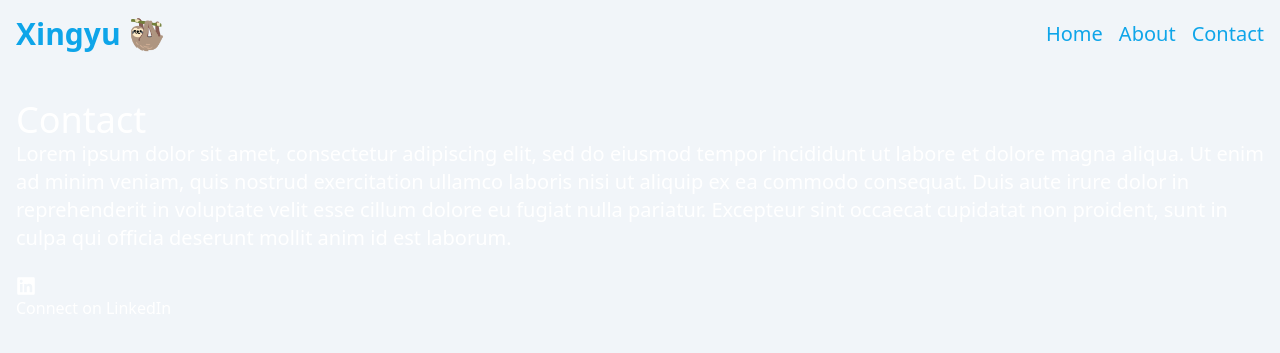
Repository: therealcyberlord/personal-portfolio
Page: /contact
An editor plug-in stored every save of this project. The page is shown before and after the next save, followed by the edit.
The browser window is 1280 px wide. The pictures show the whole page.
The project was rebuilt for these pictures with package versions that can differ from the ones it lists, and the page was loaded fresh each time. Also part of the build but not shown: vite.config.ts, src/components/Profile.tsx, src/pages/Home.tsx, src/pages/About.tsx.

Above is the page before, as saved 2023-07-24 21:14:29.

### src/App.tsx
import { BrowserRouter as Router, Routes, Route } from "react-router-dom";
import Home from "./pages/Home";
import About from "./pages/About";
import Contact from "./pages/Contact";
import Navbar from "./components/Nav";

function App() {
  return (
    <div className="w-screen h-screen bg-slate-100 dark:bg-slate-800">
      <Router>
        <Navbar />
        <Routes>
          <Route path="/" element={<Home />} />
          <Route path="/about" element={<About />} />
          <Route path="/contact" element={<Contact />} />
        </Routes>
      </Router>
    </div>
  );
}

export default App;

### src/pages/Contact.tsx
import { FaLinkedin } from "react-icons/fa"; // Import the LinkedIn icon from the react-icons library.

const Contact = () => {
  return (
    <div className="px-4 py-8">
      <h1 className="text-white text-4xl font-medium">Contact</h1>
      <p className="text-white text-xl">
        Lorem ipsum dolor sit amet, consectetur adipiscing elit, sed do eiusmod
        tempor incididunt ut labore et dolore magna aliqua. Ut enim ad minim
        veniam, quis nostrud exercitation ullamco laboris nisi ut aliquip ex ea
        commodo consequat. Duis aute irure dolor in reprehenderit in voluptate
        velit esse cillum dolore eu fugiat nulla pariatur. Excepteur sint
        occaecat cupidatat non proident, sunt in culpa qui officia deserunt
        mollit anim id est laborum.
      </p>
      <a
        href="https://www.linkedin.com/in/xingyu-bian-1734bb134/"
        target="_blank" // Open the link in a new tab/window.
        rel="noopener noreferrer" // Recommended for security reasons.
        className=" text-white py-2 px-4 rounded-md"
      >
        <FaLinkedin size={20} className="mr-2" />
        Connect on LinkedIn
      </a>
    </div>
  );
};

export default Contact;

### src/components/Nav.tsx
import { Link } from "react-router-dom";

const Navbar = () => {
  return (
    <nav className="p-4">
      <div className="flex justify-between items-center">
        <div className="text-sky-500 dark:text-sky-400 font-bold text-3xl">
          Xingyu 🦥
        </div>
        <ul className="flex space-x-4">
          <li>
            <Link
              to="/"
              className="text-sky-500 text-xl dark:text-sky-400 hover:text-blue-200 dark:hover:text-blue-200 transition duration-300"
            >
              Home
            </Link>
          </li>
          <li>
            <Link
              to="/about"
              className="text-sky-500 text-xl dark:text-sky-400 hover:text-blue-200 dark:hover:text-blue-200 transition duration-300"
            >
              About
            </Link>
          </li>
          <li>
            <Link
              to="/contact"
              className="text-sky-500 text-xl dark:text-sky-400 hover:text-blue-200 dark:hover:text-blue-200 transition duration-300"
            >
              Contact
            </Link>
          </li>
        </ul>
      </div>
    </nav>
  );
};

export default Navbar;

### tailwind.config.js
/** @type {import('tailwindcss').Config} */

export default {
  content: ["./index.html", "./src/**/*.{js,ts,jsx,tsx}"],
  theme: {
    extend: {
      colors: {
        primary: "#202225",
        secondary: "#5865f2",
      },
    },
  },
  plugins: [],
};

Loaded but not shown: src/main.tsx (common file); src/index.css (common file)

After the next save:
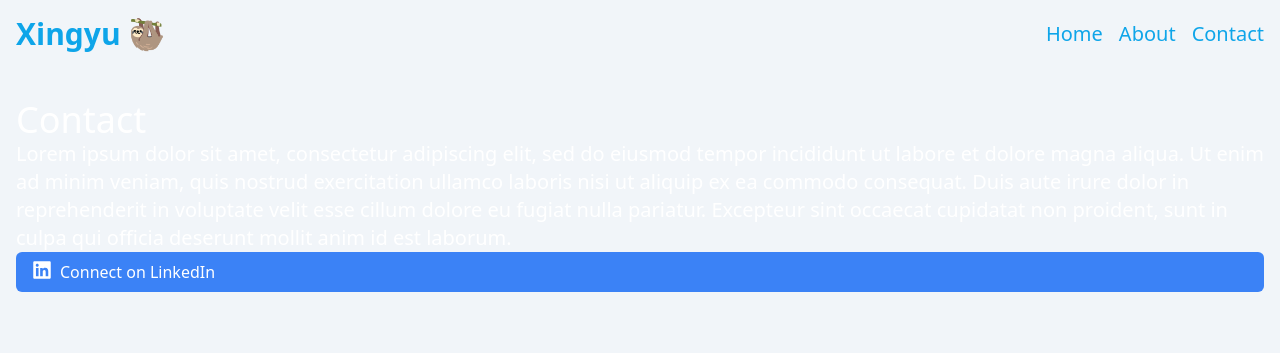
Saved 31 s later.
--- a/src/pages/Contact.tsx
+++ b/src/pages/Contact.tsx
@@ -17,7 +17,7 @@
         href="https://www.linkedin.com/in/xingyu-bian-1734bb134/"
         target="_blank" // Open the link in a new tab/window.
         rel="noopener noreferrer" // Recommended for security reasons.
-        className=" text-white py-2 px-4 rounded-md"
+        className="flex  bg-blue-500 text-white py-2 px-4 rounded-md"
       >
         <FaLinkedin size={20} className="mr-2" />
         Connect on LinkedIn
